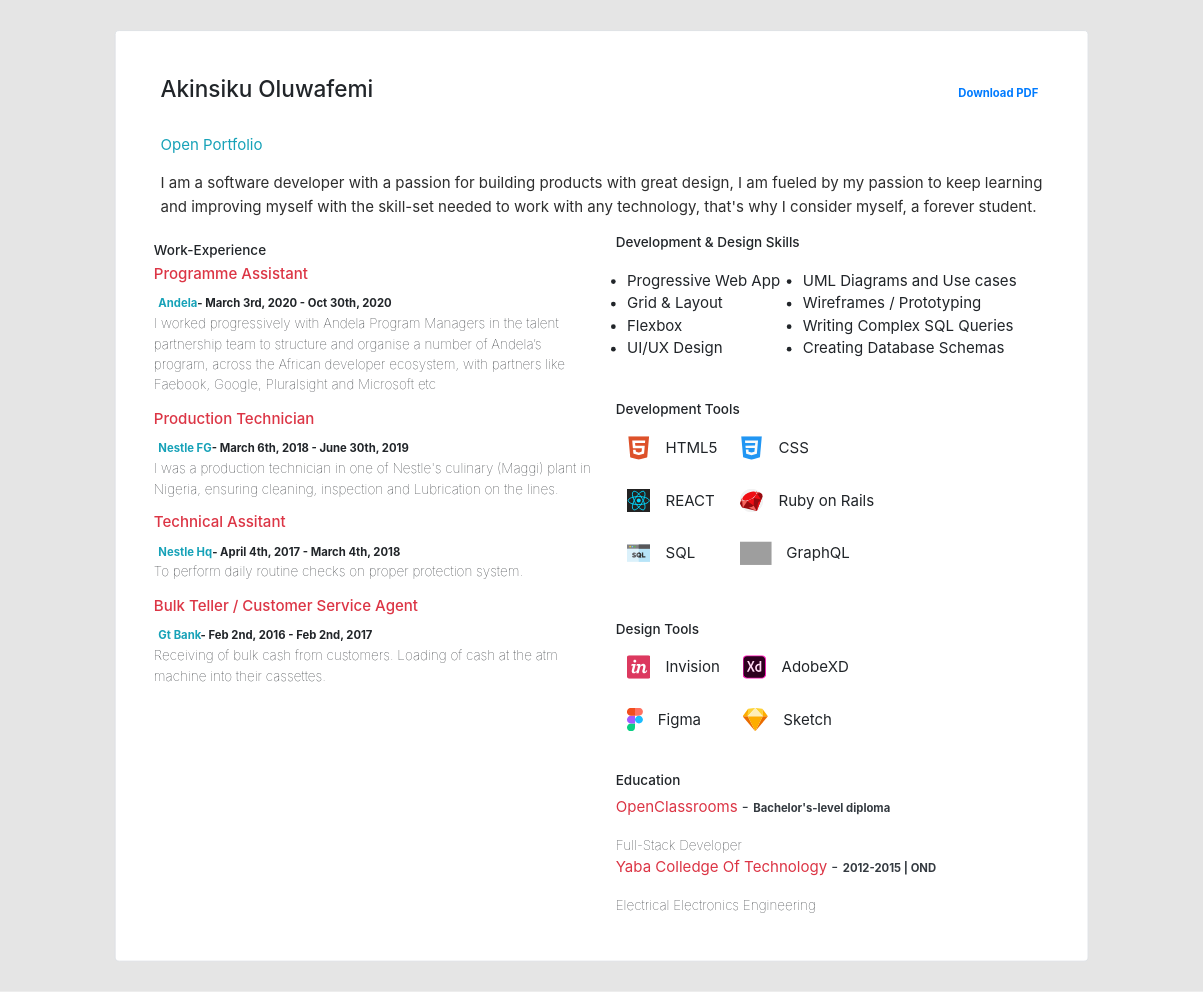
Repository: akinsikuoluwafemi/resume
Page: index.html
The author's editor kept a copy of each file at every save. The page is drawn from the files as they stood at one save, then again after the next save.
The browser window is 1280 px wide. The pictures show the whole page, at 94% of full size.
Pictures or frames that could not be fetched are drawn as grey boxes. The style sheet was rebuilt from its Sass, Less or Tailwind sources for each picture, by a compiler version that may differ from the author's.

Above is the page before, as saved 2021-01-13 23:37:03.

After the next save:
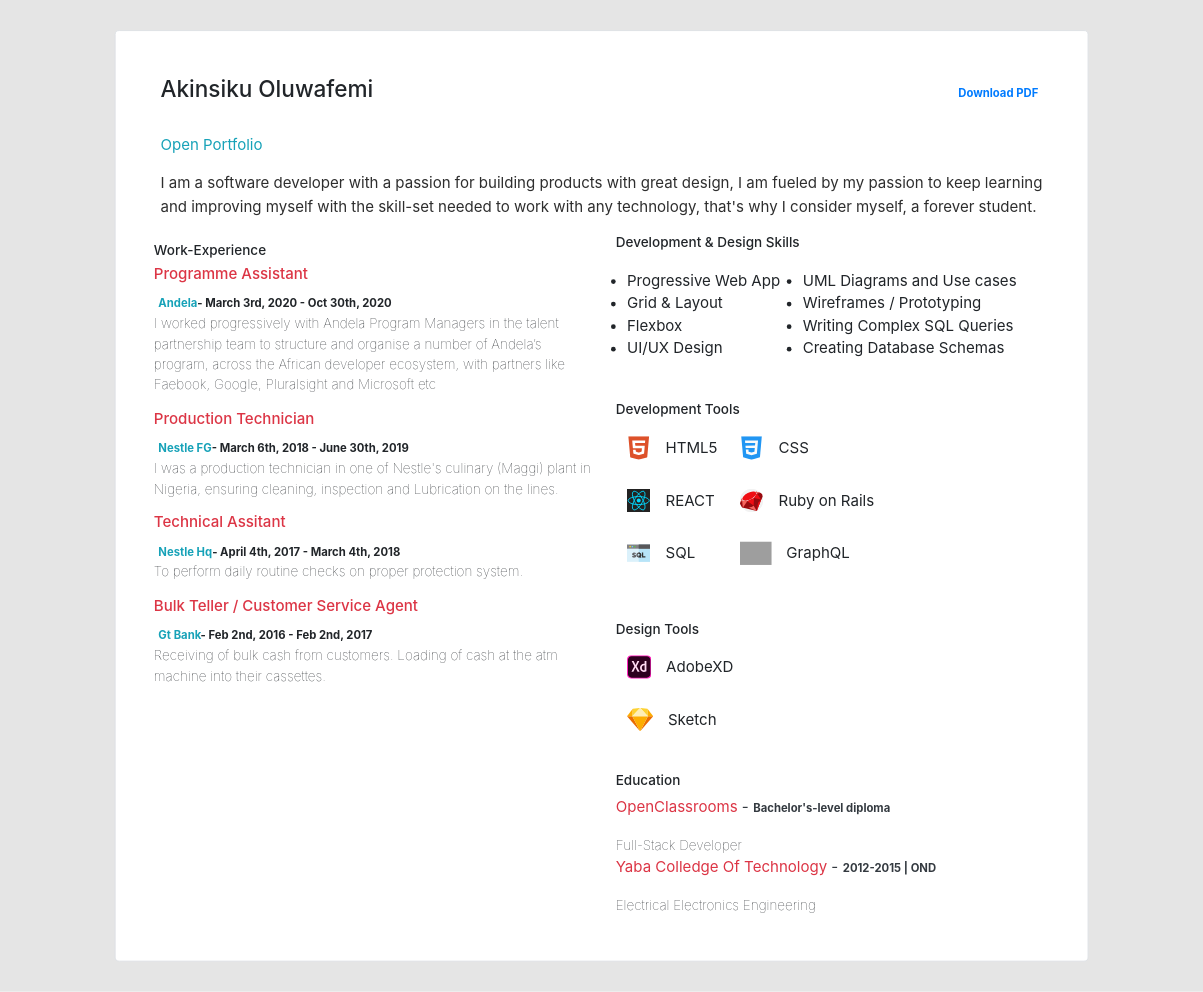
Saved 2 min 7 s later.
--- a/index.html
+++ b/index.html
@@ -182,7 +182,7 @@
                     <div class="item__contain">
                         <h5 class="item__header">Design Tools</h5>
                         <div class="d-flex ">
-                            <ul class="list__item">
+                            <!-- <ul class="list__item">
                                 <div class="d-flex mb-3">
                                     <img src="./images/invision.svg" />
                                     <p class="ml-3">Invision</p>
@@ -192,7 +192,7 @@
                                     <p class="ml-3">Figma</p>
                                 </div>
 
-                            </ul>
+                            </ul> -->
                             <ul class="list__item ">
                                 <div class="d-flex  mb-3 ">
                                     <img src="./images/adobe-xd-1.svg" />

After the save that followed:
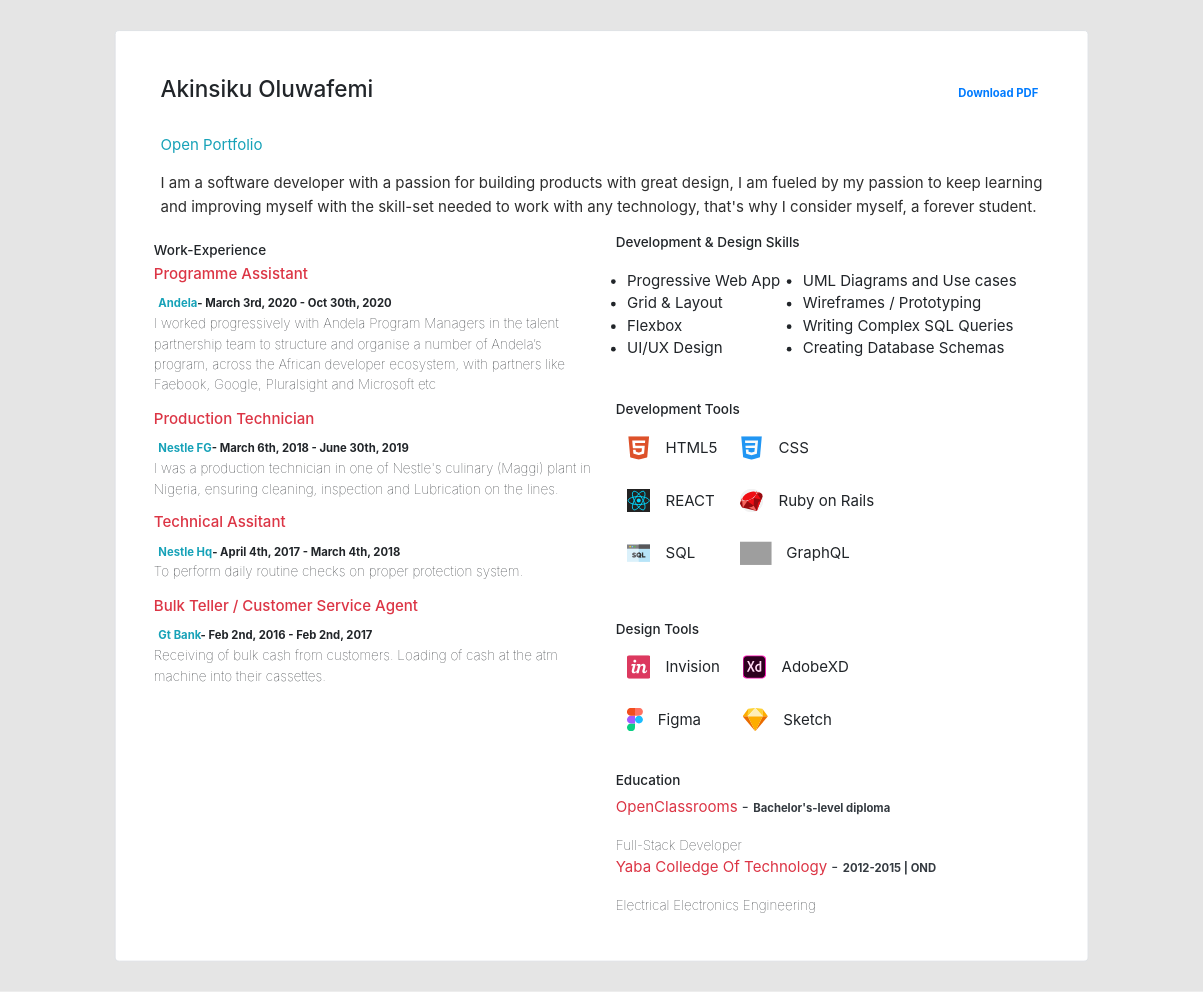
Saved 10 s later.
--- a/index.html
+++ b/index.html
@@ -182,7 +182,7 @@
                     <div class="item__contain">
                         <h5 class="item__header">Design Tools</h5>
                         <div class="d-flex ">
-                            <!-- <ul class="list__item">
+                            <ul class="list__item">
                                 <div class="d-flex mb-3">
                                     <img src="./images/invision.svg" />
                                     <p class="ml-3">Invision</p>
@@ -192,7 +192,7 @@
                                     <p class="ml-3">Figma</p>
                                 </div>
 
-                            </ul> -->
+                            </ul>
                             <ul class="list__item ">
                                 <div class="d-flex  mb-3 ">
                                     <img src="./images/adobe-xd-1.svg" />
